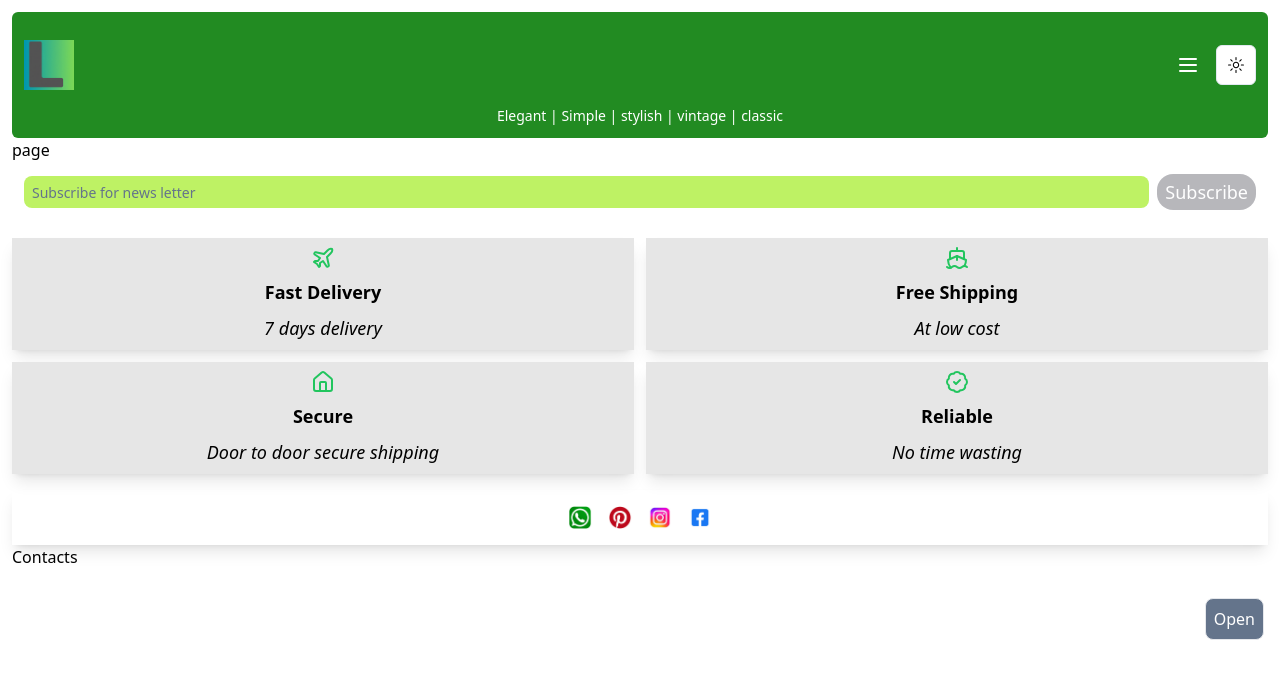
Repository: Semanmernstack/bisi-abejide
Page: /bb
These files come from the project's save history. The page is drawn as it stood at one moment and after the next save; the edit follows.
The browser window is 1280 px wide. The pictures show the whole page.
The project was rebuilt for these pictures with package versions that can differ from the ones it lists, and the page was loaded fresh each time. The framework's server and built-in components were replaced by stand-ins that run in the browser. Also part of the build but not shown: next.config.mjs.

Above is the page before, as saved 2024-03-07 06:24:49.

After the next save:
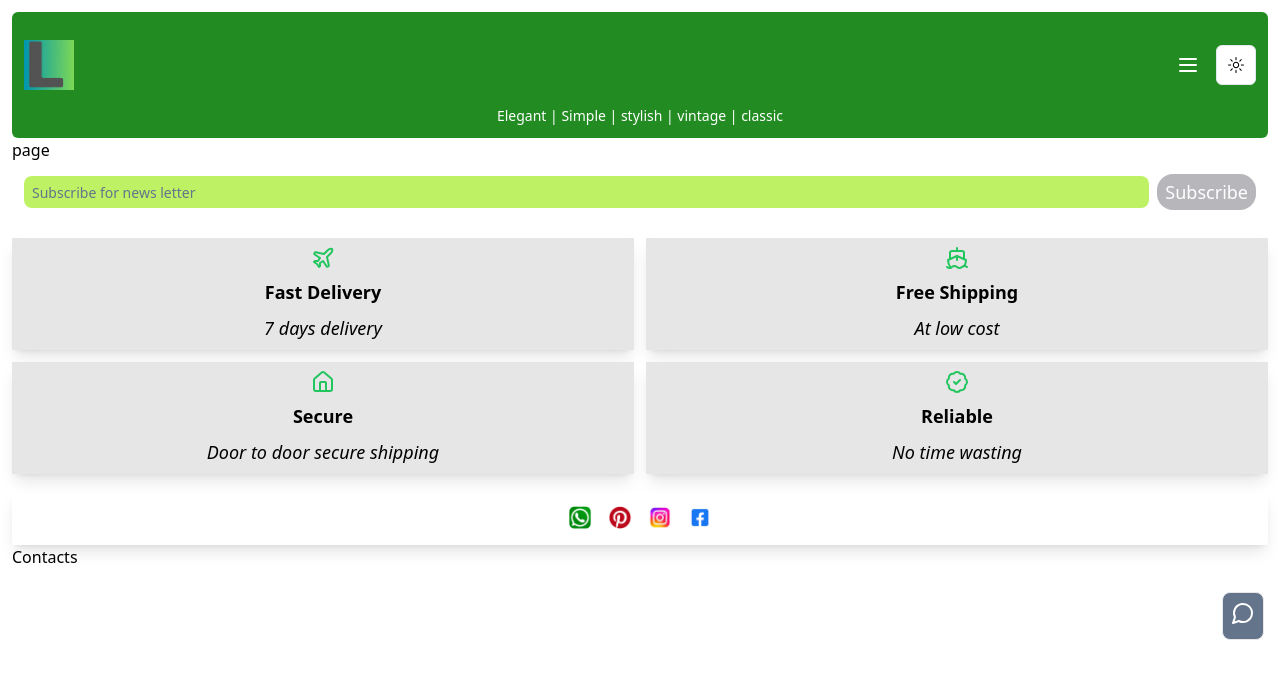
Saved 57 s later.
--- a/components/Ai.tsx
+++ b/components/Ai.tsx
@@ -26,7 +26,7 @@ function Ai() {
 
     <div className=''>
       <Popover >
-        <PopoverTrigger>Open</PopoverTrigger>
+        <PopoverTrigger><MessageCircleIcon/></PopoverTrigger>
         <PopoverContent className=' mx-auto h-full bg-slate-200 max-w-2xl'>Place content for the popover here.</PopoverContent>
       </Popover>
 
